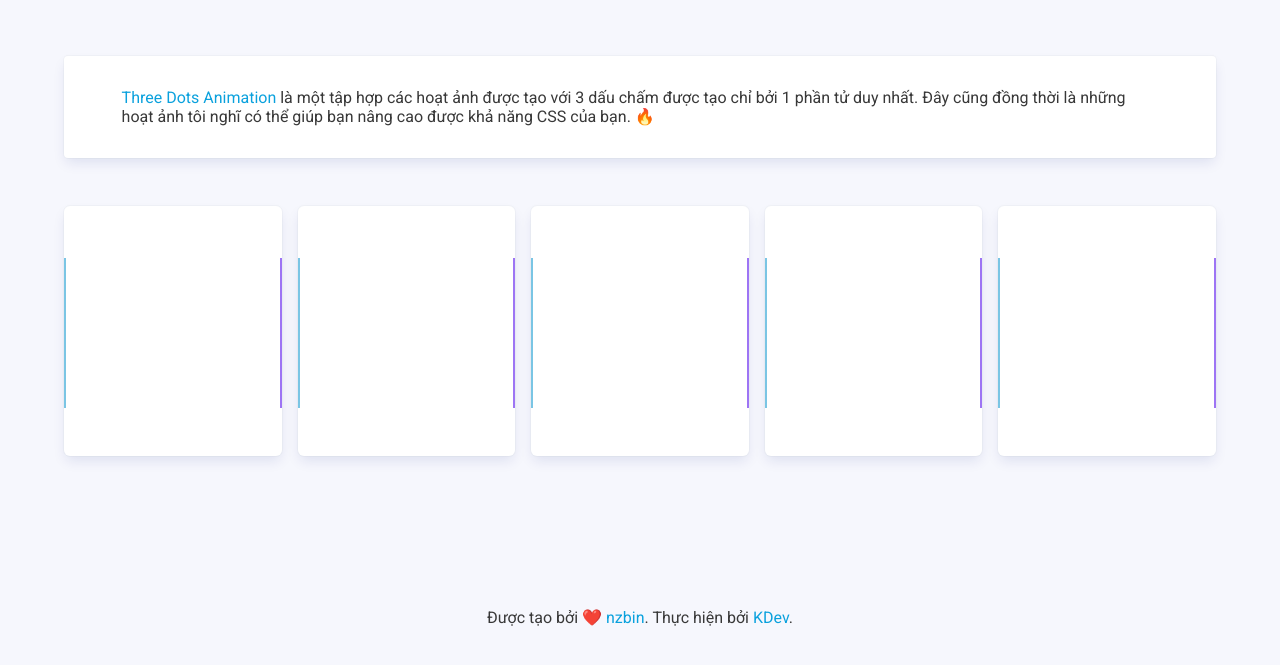
Repository: haokiet2501/lazy-loader-animation
Page: index.html
An editor plug-in stored every save of this project. The page is shown before and after the next save, followed by the edit.
The browser window is 1280 px wide. The pictures show the whole page.
The style sheet was rebuilt from its Sass, Less or Tailwind sources for each picture, by a compiler version that may differ from the author's.

Above is the page before, as saved 2022-05-06 20:09:31.

After the next save:
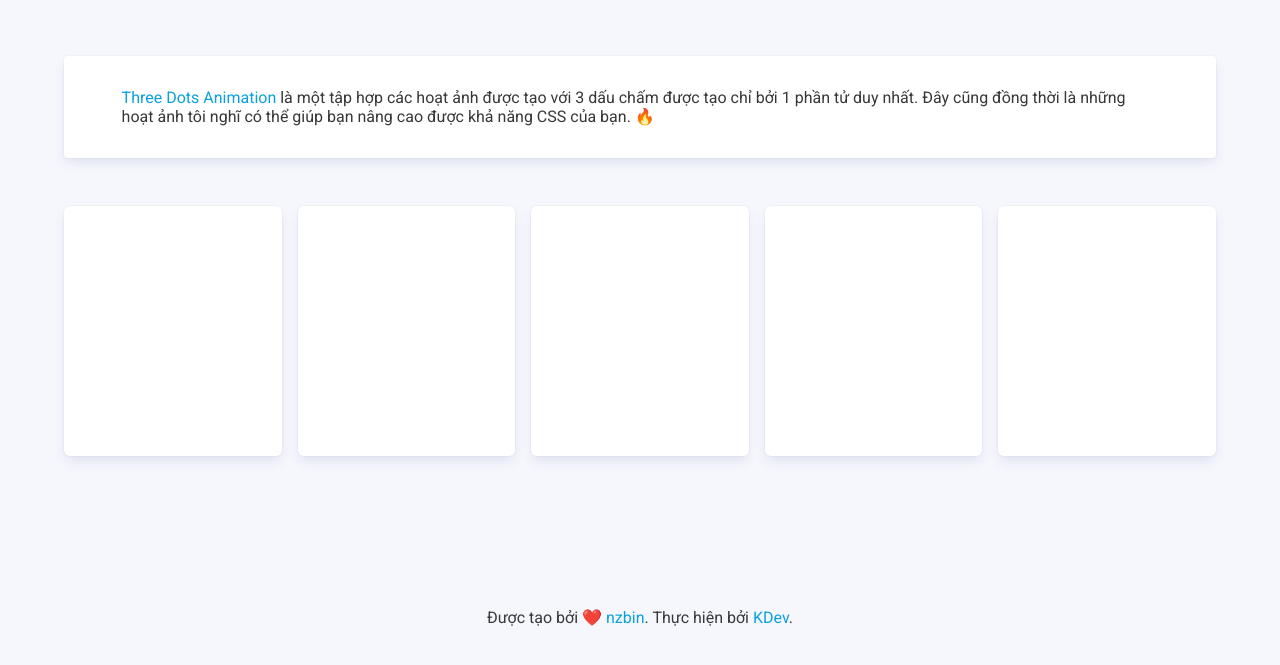
Saved 2 min 31 s later.
--- a/sass/styles.scss
+++ b/sass/styles.scss
@@ -34,7 +34,7 @@ $color-line: #50dfdb;
     left: 32px;
     width: 150px;
     height: 140%;
-    background: linear-gradient(#A85CF9, #6FDFDF);
+    background: linear-gradient(right, #A85CF9, #6FDFDF);
     animation: animate 4s linear infinite;
 }
 
